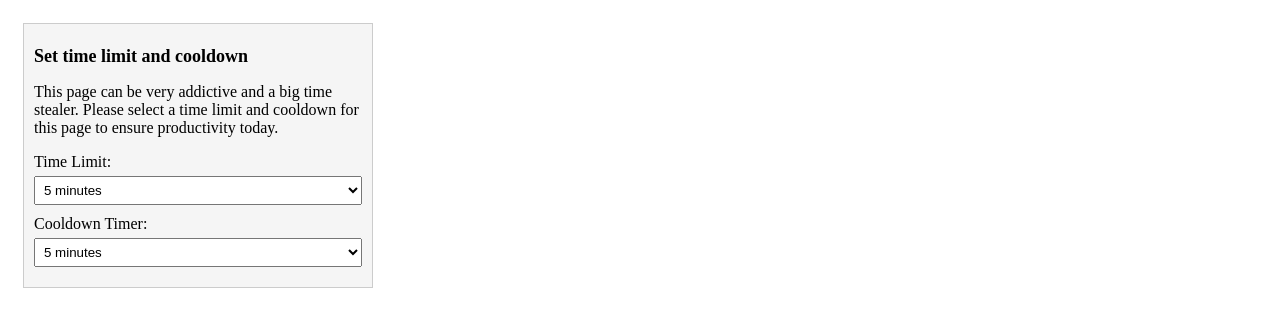
Repository: AndrlmMass/Time-management-chrome-extension
Page: popup2.html
An editor plug-in stored every save of this project. The page is shown before and after a run of saves, followed by the edit.
The browser window is 1280 px wide. The pictures show the whole page.

Above is the page before, as saved 2023-08-24 20:48:52.
Console error: TypeError: Cannot read properties of null (reading 'addEventListener')

### popup2.html
<!DOCTYPE html>
<html>
<head>
  <title>My Extension Popup</title>
  <link rel="stylesheet" type="text/css" href="popup.css">
  <script src="popup.js"></script>
</head>
<body>
  <div id="popup-container">
    <h1>Set time limit and cooldown</h1>
    <p>This page can be very addictive and a big time stealer. Please select a time limit and cooldown for this page to ensure productivity today.</p>
    <label for="time-limit">Time Limit:</label>
    <select id="time-limit" name="time-limit">
      <option value="300">5 minutes</option>
      <option value="600">10 minutes</option>
      <option value="1800">30 minutes</option>
      <option value="2700">45 minutes</option>
      <option value="3600">1 hour</option>
      <option value="7200">2 hours</option>
      <option value="10800">3 hours</option>
      <option value="14400">4 hours</option>
      <option value="18000">5 hours</option>
    </select>
    <br>
    <label for="cooldown">Cooldown Timer:</label>
    <select id="time-limit" name="time-limit">
      <option value="300">5 minutes</option>
      <option value="600">10 minutes</option>
      <option value="1800">30 minutes</option>
      <option value="2700">45 minutes</option>
      <option value="3600">1 hour</option>
      <option value="7200">2 hours</option>
      <option value="10800">3 hours</option>
      <option value="14400">4 hours</option>
      <option value="18000">5 hours</option>
    </select>
  </div>
</body>
</html>

### popup.css
body {
    width: 350px;
    padding: 15px;
  }

  #popup-container {
    background-color: #f5f5f5;
    border: 1px solid #ccc;
    padding: 10px;
  }

  h1 {
    font-size: 18px;
    margin-bottom: 10px;
  }

  label {
    display: block;
    margin-bottom: 5px;
  }

  select, input[type="number"] {
    width: 100%;
    padding: 5px;
    margin-bottom: 10px;
  }

### popup.js
document.addEventListener("DOMContentLoaded", function () {
  var timeLimitSelect = document.getElementById("time-limit");
  var cooldownInput = document.getElementById("cooldown");

  timeLimitSelect.addEventListener("change", function () {
    var selectedTimeLimit = timeLimitSelect.value;
    // Store the selected time limit in a variable or use it as needed
  });

  cooldownInput.addEventListener("change", function () {
    var selectedCooldown = cooldownInput.value;
    // Store the selected cooldown value in a variable or use it as needed
  });
});

After the next 2 saves:
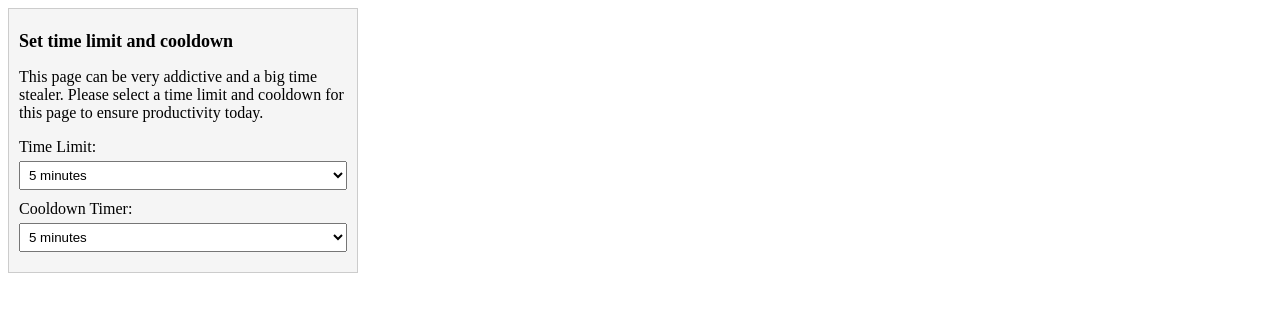
The 2 saves are shown as one change because they came seconds apart.
The last was saved 17 s later.
--- a/popup.css
+++ b/popup.css
@@ -1,5 +1,6 @@
 body {
     width: 350px;
+    height:
     padding: 15px;
   }
 

After the 2 saves that followed:
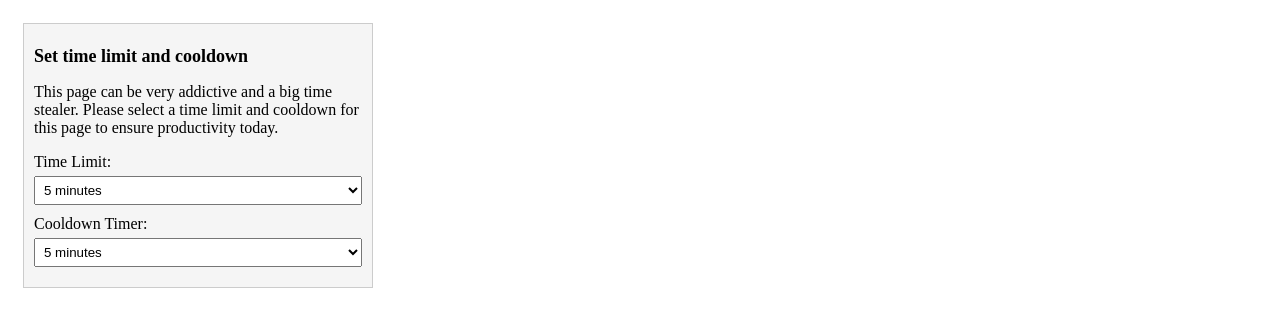
The 2 saves are shown as one change because they came seconds apart.
The last was saved 11 s later.
--- a/popup.css
+++ b/popup.css
@@ -1,6 +1,6 @@
 body {
     width: 350px;
-    height:
+    height: 300px;
     padding: 15px;
   }
 
